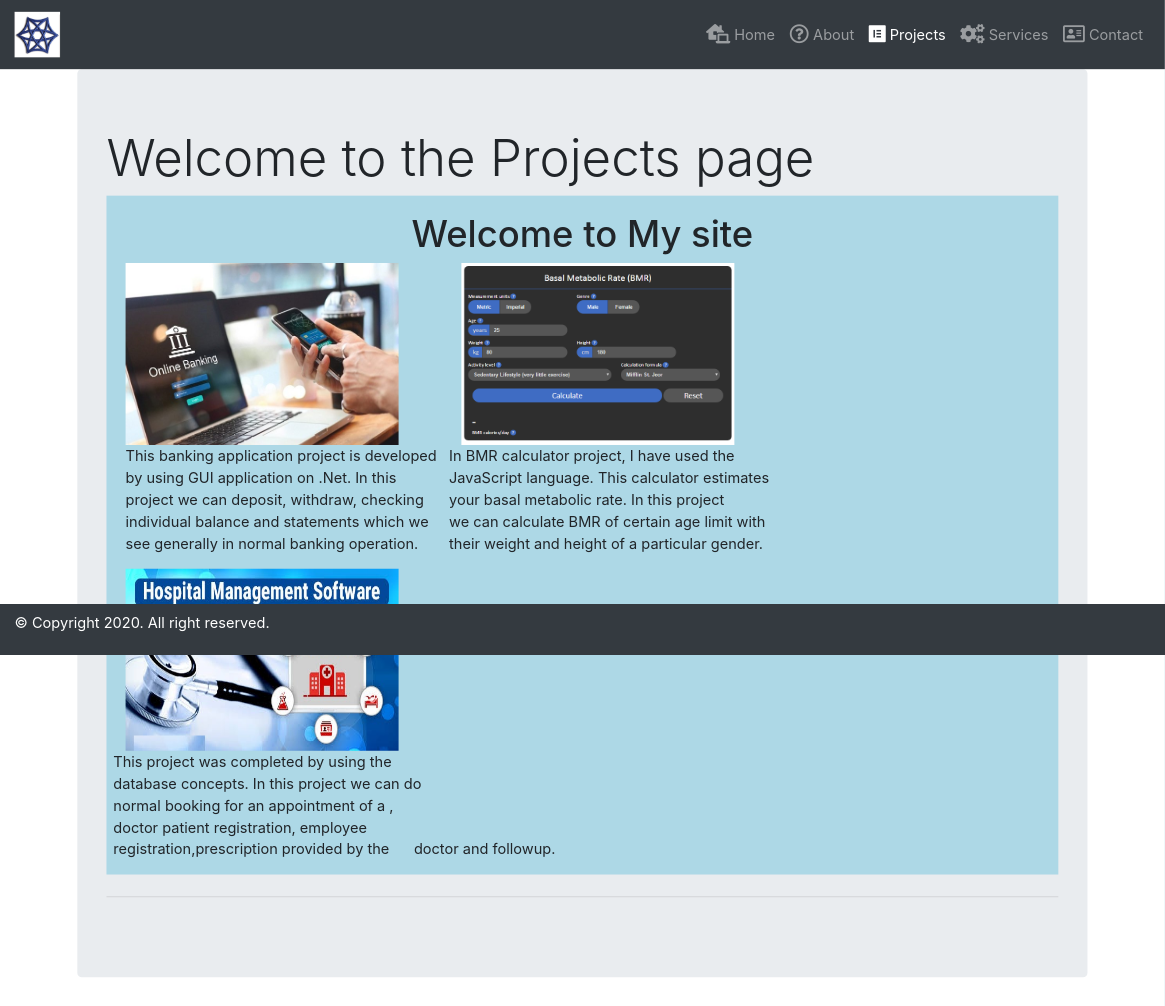
Repository: laxmangothe2020/COMP229Assignment
Page: http://localhost/projects
The author's editor kept a copy of each file at every save. The page is drawn from the files as they stood at one save, then again after the next save.
The browser window is 1280 px wide. The pictures show the whole page, at 91% of full size.
The page is served by the project's Node server (server.js).

Above is the page before, as saved 2021-02-12 00:06:31.

After the next save:
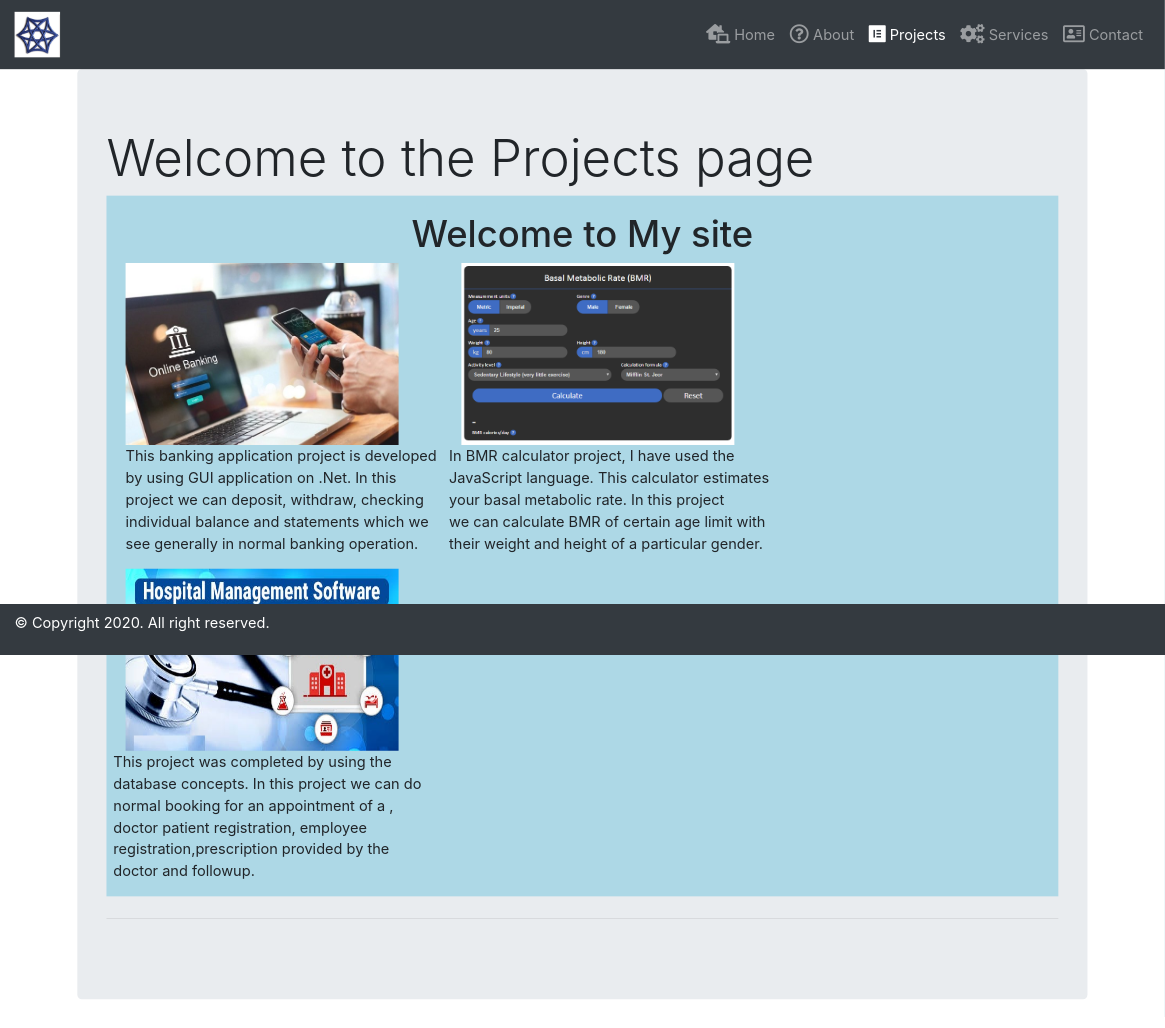
Saved 33 s later.
--- a/views/partials/projects.ejs
+++ b/views/partials/projects.ejs
@@ -33,7 +33,7 @@
                    &nbsp;&nbsp;&nbsp;&nbsp;&nbsp;database concepts. In this project we can do <br>
                    &nbsp;&nbsp;&nbsp;&nbsp;&nbsp;normal booking for an appointment of a ,<br>
                    &nbsp;&nbsp;&nbsp;&nbsp;&nbsp;doctor patient registration, employee <br>
-                   &nbsp;&nbsp;&nbsp;&nbsp;&nbsp;registration,prescription provided by the
+                   &nbsp;&nbsp;&nbsp;&nbsp;&nbsp;registration,prescription provided by the <br>
                    &nbsp;&nbsp;&nbsp;&nbsp;&nbsp;doctor and followup.</p>
            </div>
         </div>
